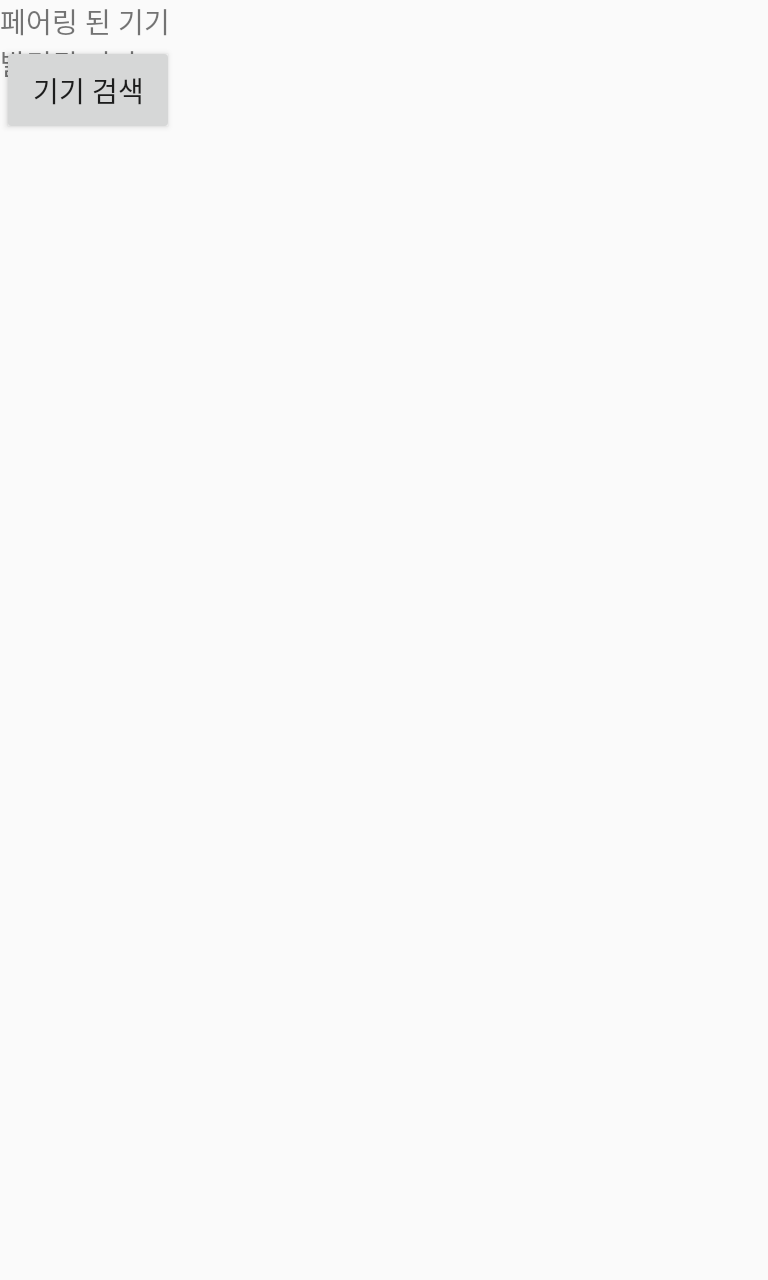
Repository: sow0000/MyProject
Layout: JAVA/BluetoothEx/res/layout/activity_main.xml
The author's editor kept a copy of each file at every save. The layout is drawn from the files as they stood at one save, then again after the next save.
It is drawn on a 768 x 1280 px phone screen (xhdpi) without system bars, with theme AppTheme; the app's code is not run. Lists and similar views that code fills are empty.

Above is the layout before, as saved 2014-07-07 14:34:04.

After the next save:
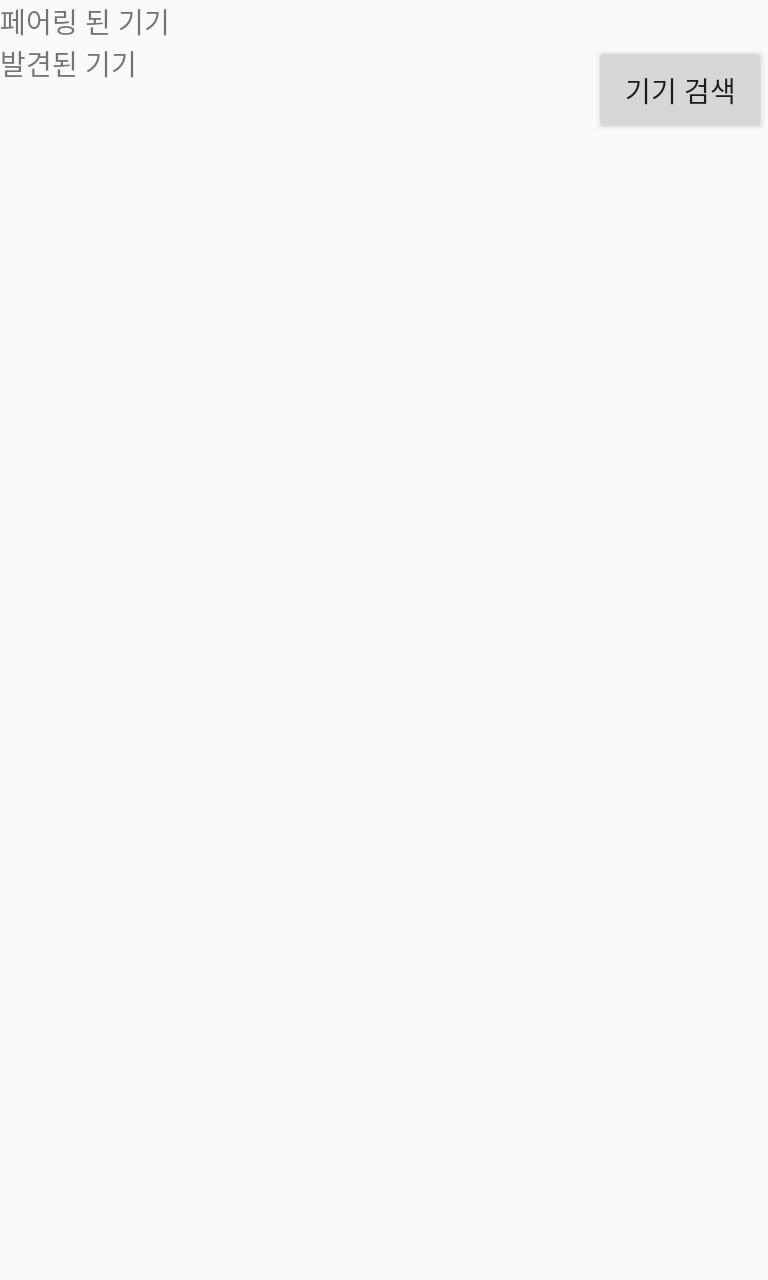
Saved 30 s later.
--- a/JAVA/BluetoothEx/res/layout/activity_main.xml
+++ b/JAVA/BluetoothEx/res/layout/activity_main.xml
@@ -28,7 +28,7 @@
         android:layout_width="wrap_content"
         android:layout_height="wrap_content"
     	android:layout_below="@id/list_bonded"
-        android:layout_alignParentLeft="true"
+        android:layout_alignParentRight="true"
         android:text="@string/btn_search" />
 
     <ListView
